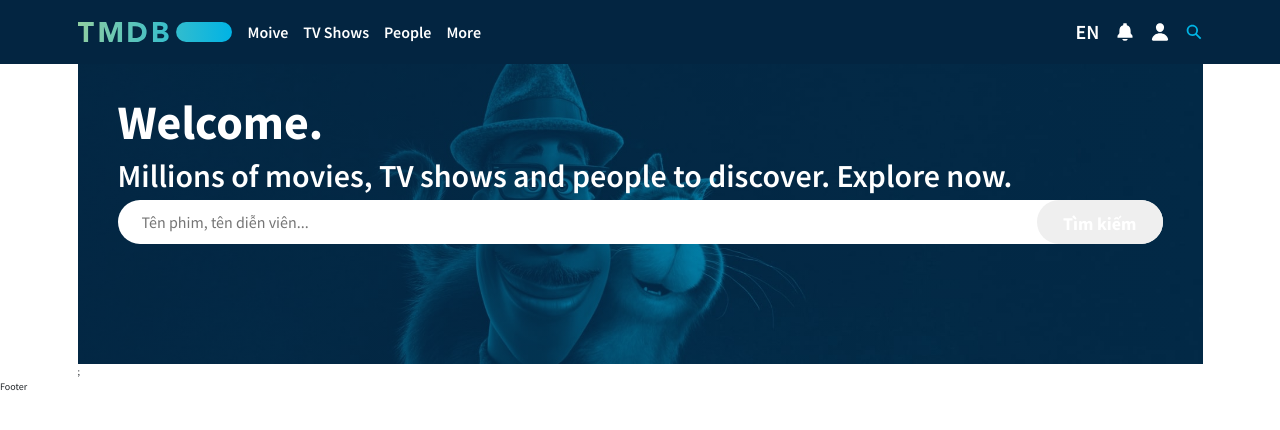
Repository: nguyennam1029/TMDB-App
Page: /
The author's editor kept a copy of each file at every save. The page is drawn from the files as they stood at one save, then again after the next save.
The browser window is 1280 px wide. The pictures show the whole page.
The project was rebuilt for these pictures with package versions that can differ from the ones it lists, and the page was loaded fresh each time. Also part of the build but not shown: src/components/ui/HeroCart/heroCart.css, src/components/ui/HeroCart/HeroCart.jsx, src/page/Search.jsx. Imported but missing from the stored project, and not drawn on this page: src/components/ui/ListHero/ListHero, src/page/HeroDetail.

Above is the page before, as saved 2022-09-26 20:23:49.

### public/index.html
<!DOCTYPE html>
<html lang="en">
  <head>
    <meta charset="utf-8" />
    <link rel="icon" href="%PUBLIC_URL%/favicon.ico" />
    <meta name="viewport" content="width=device-width, initial-scale=1" />
    <meta name="theme-color" content="#000000" />
    <meta
      name="description"
      content="Web site created using create-react-app"
    />
    <link rel="apple-touch-icon" href="%PUBLIC_URL%/logo192.png" />
    <!--
      manifest.json provides metadata used when your web app is installed on a
      user's mobile device or desktop. See https://developers.google.com/web/fundamentals/web-app-manifest/
    -->
    <link rel="manifest" href="%PUBLIC_URL%/manifest.json" />
    <!--
      Notice the use of %PUBLIC_URL% in the tags above.
      It will be replaced with the URL of the `public` folder during the build.
      Only files inside the `public` folder can be referenced from the HTML.

      Unlike "/favicon.ico" or "favicon.ico", "%PUBLIC_URL%/favicon.ico" will
      work correctly both with client-side routing and a non-root public URL.
      Learn how to configure a non-root public URL by running `npm run build`.
    -->
    <link
      rel="stylesheet"
      href="https://cdn.jsdelivr.net/npm/bootstrap@5.1.0/dist/css/bootstrap.min.css"
    />
    <title>React App</title>
  </head>
  <body>
    <noscript>You need to enable JavaScript to run this app.</noscript>
    <div id="root"></div>
    <!--
      This HTML file is a template.
      If you open it directly in the browser, you will see an empty page.

      You can add webfonts, meta tags, or analytics to this file.
      The build step will place the bundled scripts into the <body> tag.

      To begin the development, run `npm start` or `yarn start`.
      To create a production bundle, use `npm run build` or `yarn build`.
    -->
  </body>
</html>

### src/index.js
import React from "react";
import ReactDOM from "react-dom/client";
import { BrowserRouter as Router } from "react-router-dom";

import { Provider } from "react-redux";
import store from "./store";
import "./index.css";
import App from "./App";

const root = ReactDOM.createRoot(document.getElementById("root"));
root.render(
  <React.StrictMode>
    <Provider store={store}>
      <Router>
        <App />
      </Router>
    </Provider>
  </React.StrictMode>
);

// If you want to start measuring performance in your app, pass a function
// to log results (for example: reportWebVitals(console.log))
// or send to an analytics endpoint. Learn more: https://bit.ly/CRA-vitals

### src/store.js
import rootReducer from "./redux/reducers";

import { createStore } from "redux";
const store = createStore(
  rootReducer,
  window.__REDUX_DEVTOOLS_EXTENSION__ && window.__REDUX_DEVTOOLS_EXTENSION__()
);

export default store;

### src/index.css
@import url('https://fonts.googleapis.com/css2?family=Source+Sans+Pro:wght@200;300;400;600;700;900&display=swap');

html {
  font-size: 62.5%;
}

body {
  font-family: 'Source Sans Pro',
    sans-serif;

}

:root {
  --primary-text-color: #fff;
}

*,
*::before,
*::after {
  box-sizing: border-box;
}




img,
picture,
video,
canvas,
svg {
  display  : block;
  max-width: 100%;
}

input,
button,
textarea,
select {
  outline: none;
}

p,
h1,
h2,
h3,
h4,
h5,
h6 {
  overflow-wrap: break-word;
}

a {
  color          : inherit;
  text-decoration: none;
}

ul {
  padding: 0;
  margin : 0;
}

li {
  list-style: none;
}

### src/redux/reducers.js
const initState = {
  search: "",
  selectItem: {},
  listHeros: [],
};

const rootReducer = (state = initState, action) => {
  switch (action.type) {
    case "listHeros":
      return {
        ...state,
        listHeros: action.payload,
      };
    case "selectItem":
      return {
        ...state,
        selectItem: action.payload,
      };
    case "seachrItem":
      return {
        ...state,
        search: action.payload,
      };
    default:
      return state;
  }
};
export default rootReducer;

### src/components/Layout/Layout.jsx
import React from "react";

import Header from "../Header/Header";
import Footer from "../Footer/Footer";
// import Routers from "../../routes/Routers";
import Routers from "../../routes/Routers";

const Layout = () => {
  return (
    <>
      <Header />
      <Routers />
      <Footer />
    </>
  );
};

export default Layout;

### src/components/Header/Header.jsx
import React from "react";

import { Link, useNavigate } from "react-router-dom";
import { useState } from "react";
import { useDispatch } from "react-redux";
import { seachrItem } from "../../redux/action";
import { useEffect } from "react";
import {
  IoSearchOutline,
  IoNotificationsSharp,
  IoPerson,
  IoSearchSharp,
} from "react-icons/io5";
import { Container } from "react-bootstrap";
import Dropdown from "react-bootstrap/Dropdown";
import { NavLink } from "react-router-dom";
import logo from "../../assets/images/logo.svg";
import "./header.css";
const Header = () => {
  // const dispatch = useDispatch();
  // const [searchName, setSearchName] = useState("");
  // const Navigate = useNavigate();
  // const handleOnchange = (value) => {
  //   value !== "" ? Navigate("/seachr") : Navigate("/");
  //   setSearchName(value);
  // };

  // useEffect(() => {
  //   dispatch(seachrItem(searchName));
  // }, [searchName]);
  // return (
  //   <ul>
  //     <li>
  //       <Link to={"/home"} onClick={() => setSearchName("")}>
  //         Home
  //       </Link>
  //     </li>
  //     <li>
  //       <input
  //         type="text"
  //         value={searchName}
  //         placeholder="Tìm kiếm"
  //         onChange={(e) => {
  //           handleOnchange(e.target.value);
  //         }}
  //       />
  //     </li>
  //     <li>
  //       Tim kiem <IoSearchOutline />
  //     </li>
  //   </ul>
  // );
  //CÁC MENU ITEM
  const NavItemLinks = [
    {
      display: "Moive",
      url: "/moive",
    },
    {
      display: "TV Shows",
      url: "/tvshows",
    },
    {
      display: "People",
      url: "/people",
    },
    {
      display: "More",
      url: "/More",
    },
  ];
  return (
    <div className="header">
      <Container>
        <div className="nav d-flex align-items-center justify-content-between">
          <div className="nav__left d-flex align-items-center justify-content-center mr-3">
            <NavLink to="/" className="nav__left--img d-block">
              <img src={logo} alt="" />
            </NavLink>

            <ul className="nav__list d-flex align-items-center gap-4">
              {NavItemLinks.map((item, index) => (
                <li className="nav__item" key={index}>
                  <NavLink
                    to={item.url}
                    className={(navClass) =>
                      navClass.isActive ? "active" : ""
                    }
                  >
                    {item.display}
                  </NavLink>
                </li>
              ))}
            </ul>
          </div>
          <div className="nav__right">
            <ul className="nav__list d-flex align-items-center gap-4">
              <li className="nav__item nav__right--item">
                <NavLink
                  to="en"
                  className={(navClass) => (navClass.isActive ? "active" : "")}
                >
                  EN
                </NavLink>
              </li>

              <li className="nav__item nav__right--item">
                <NavLink
                  to="noti"
                  className={(navClass) => (navClass.isActive ? "active" : "")}
                >
                  <IoNotificationsSharp />
                </NavLink>
              </li>

              <li className="nav__item nav__right--item">
                <NavLink
                  to="user"
                  className={(navClass) => (navClass.isActive ? "active" : "")}
                >
                  <IoPerson />
                </NavLink>
              </li>

              <li className="nav__item nav__right--item search">
                <NavLink
                  to="user"
                  className={(navClass) => (navClass.isActive ? "active" : "")}
                >
                  <IoSearchSharp />
                </NavLink>
              </li>
            </ul>
          </div>
        </div>
      </Container>
    </div>
  );
};
export default Header;

### src/components/Footer/Footer.jsx
import React from "react";

const Footer = () => {
  return <div>Footer</div>;
};
export default Footer;

### src/routes/Routers.jsx
import { Routes, Route, Navigate } from "react-router-dom";

import React from "react";

import { HomePage } from "../page/Home";
import { HeroDetail } from "../page/HeroDetail";
import { Search } from "../page/Search";

const Routers = () => {
  return (
    <Routes>
      <Route path="/" element={<Navigate to="/Home" />} />
      <Route path="/Home" element={<HomePage />} />
      <Route path="/Home/:id" element={<HeroDetail />} />
      <Route path="/seachr" element={<Search />} />
    </Routes>
  );
};
export default Routers;

### src/redux/action.js
export const getListHeros = (heros) => {
  return {
    type: "listHeros",
    payload: heros,
  };
};

export const selectItem = (item) => {
  return {
    type: "selectItem",
    payload: item,
  };
};

export const seachrItem = (item) => {
  return {
    type: "seachrItem",
    payload: item,
  };
};
// export 1 cái getListHeros thì lại đc
// => ko thể sử dụng cú pháp export const getListHeros = (heros) => {...}

// export default getListHeros; export 1 cái thì không lỗi

// export { getListHeros, testt }; cách này củng lỗi

### src/components/Header/header.css
.header {
    background-color: #032541;
    display         : flex;
    justify-content : center;
    align-items     : center;
    position        : fixed;
    top             : 0;
    left            : 0;

    height    : 64px;
    width     : 100%;
    z-index   : 10;
    transition: top 0.2s linear;

}

.nav__left--img {
    width       : 154px;
    height      : auto;
    margin-right: 16px;
}

.nav__left--img img {
    width: 100%;
}

.nav__item {
    font-size  : 1.6rem;
    color      : var(--primary-text-color);
    font-weight: 600;
}

.nav__right--item {
    font-size  : 2rem;
    font-weight: 600;
}

.nav__right--item.search {
    font-size  : 1.8rem;
    color      : #01b4e4;
    font-weight: 800;

}

### src/page/Home.jsx
import React from "react";
import { Banner } from "../components/Banner/Banner";
import { ListHero } from "../components/ui/ListHero/ListHero";
// import Slider from "../components/ui/Slider/Slider";

export const HomePage = () => {
  return (
    <div>
      <Banner />
      {/* <ListHero /> */}
    </div>
  );
};

### src/components/Banner/Banner.jsx
import React from "react";

import { Container } from "react-bootstrap";
import "./banner.css";
export const Banner = () => {
  return (
    <Container>
      <div className="banner">
        <div className="banner-content">
          <div className="banner-title">
            <h2>Welcome.</h2>
            <h3>
              Millions of movies, TV shows and people to discover. Explore now.
            </h3>
          </div>
          <div className="banner-search">
            <input type="text" placeholder="Tên phim, tên diễn viên..." />
            <button>Tìm kiếm</button>
          </div>
        </div>
      </div>
      ;
    </Container>
  );
};

### src/components/Banner/banner.css
.banner {
    margin-top: 64px;
    background-image: linear-gradient(to right, rgba(3, 37, 65, 0.8) 0%, rgba(3, 37, 65, 0) 100%),
        url("../../assets/images/banner.jpg");
    min-height: 300px;

    max-height         : 360px;
    background-position: top center;
    background-size    : cover;
    background-repeat  : no-repeat;
    color              : #fff;
}

.banner-content {
    padding: 30px 40px;
}

.banner-title {}

.banner-title h2 {
    font-size  : 4.8rem;
    font-weight: 700;
}

.banner-title h3 {
    font-size  : 3.2rem;
    font-weight: 600;
}

.banner-search {
    width   : 100%;
    position: relative;
    overflow: hidden;
}

.banner-search input {
    width                : 100%;
    padding              : 10px 24px;
    border               : none;
    font-size            : 1.6rem;
    border-radius        : 6rem;
    -webkit-border-radius: 6rem;
    -moz-border-radius   : 6rem;
    -ms-border-radius    : 6rem;
    -o-border-radius     : 6rem;
}

.banner-search button {
    font-size            : 1.8rem;
    font-weight          : 700;
    color                : #fff;
    position             : absolute;
    bottom               : 0;
    right                : 0;
    height               : 100%;
    border               : none;
    padding              : 10px 26px;
    border-radius        : 6rem;
    -webkit-border-radius: 6rem;
    -moz-border-radius   : 6rem;
    -ms-border-radius    : 6rem;
    -o-border-radius     : 6rem;
}

Loaded but not shown: src/App.js (common file)

After the next save:
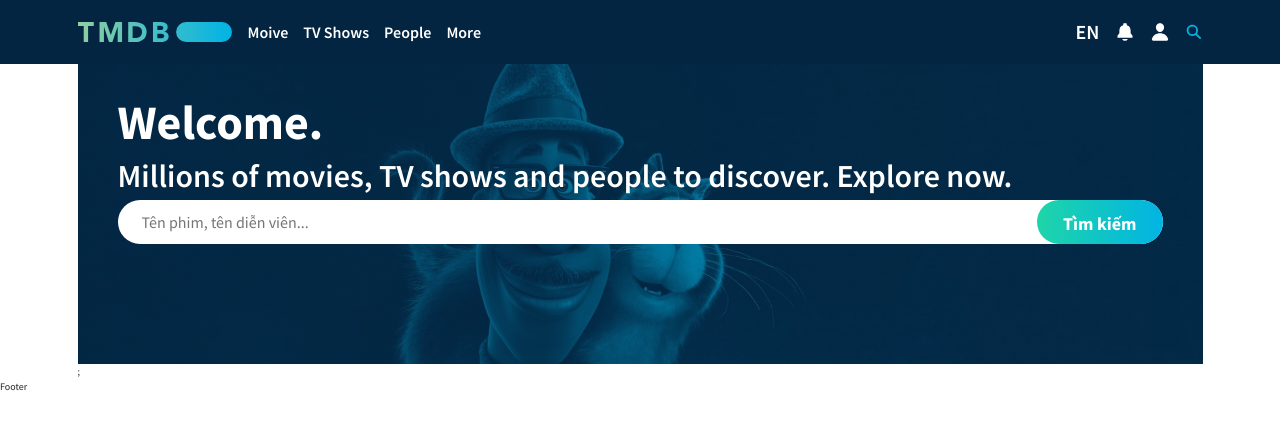
Saved 66 s later.
--- a/src/components/Banner/banner.css
+++ b/src/components/Banner/banner.css
@@ -46,9 +46,14 @@
 }
 
 .banner-search button {
-    font-size            : 1.8rem;
-    font-weight          : 700;
-    color                : #fff;
+    font-size  : 1.8rem;
+    font-weight: 700;
+    color      : #fff;
+    background : linear-gradient(to right, rgba(30,
+                213,
+                169, 1) 0%, rgba(1,
+                180,
+                228, 1) 100%);
     position             : absolute;
     bottom               : 0;
     right                : 0;
